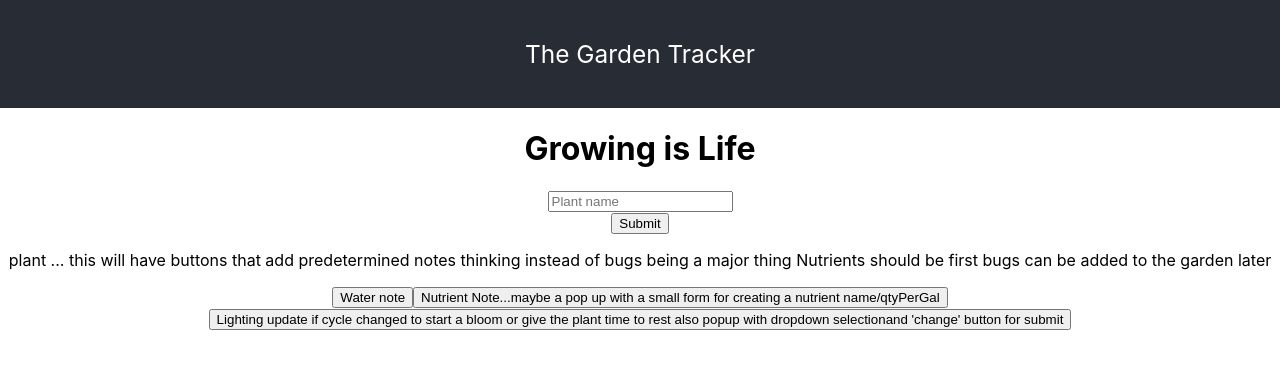
Repository: charliejp0311/gardentracker
Page: /harvest
These files come from the project's save history. The page is drawn as it stood at one moment and after the next save; the edit follows.
The browser window is 1280 px wide. The pictures show the whole page.
The project was rebuilt for these pictures with package versions that can differ from the ones it lists, and the page was loaded fresh each time.

Above is the page before, as saved 2020-10-28 08:24:00.

After the next save:
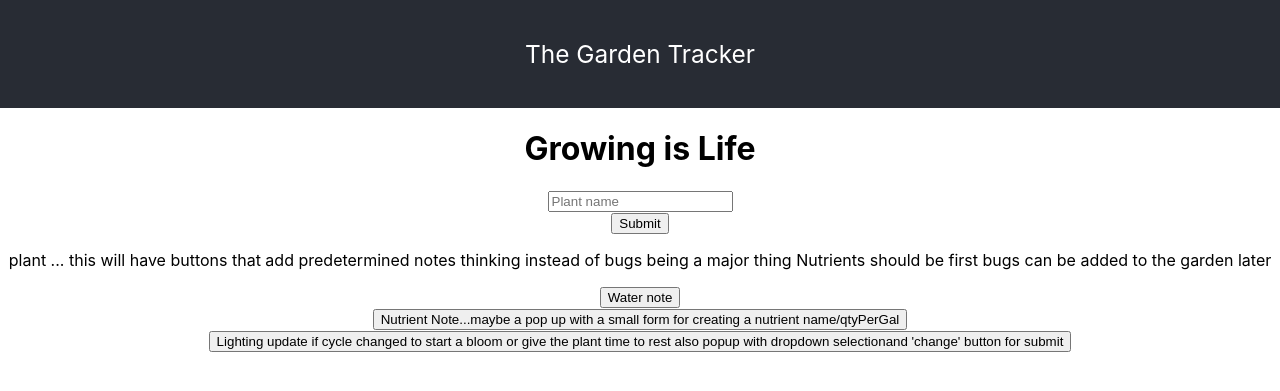
Saved 44 s later.
--- a/src/components/Plant.js
+++ b/src/components/Plant.js
@@ -12,9 +12,9 @@ class Plant extends Component {
                 <p>plant ... this will have buttons that add predetermined
                 notes thinking instead of bugs being a major thing Nutrients
                 should be first bugs can be added to the garden later</p>
-                <button>Water note</button>
-                <button>Nutrient Note...maybe a pop up with a small form for creating a nutrient name/qtyPerGal</button>
-                <button>Lighting update if cycle changed to start a bloom or give the plant time to rest also popup with dropdown selectionand 'change' button for submit</button>
+                <button>Water note</button><br/>
+                <button>Nutrient Note...maybe a pop up with a small form for creating a nutrient name/qtyPerGal</button><br/>
+                <button>Lighting update if cycle changed to start a bloom or give the plant time to rest also popup with dropdown selectionand 'change' button for submit</button><br/>
 
             </div>
         )
